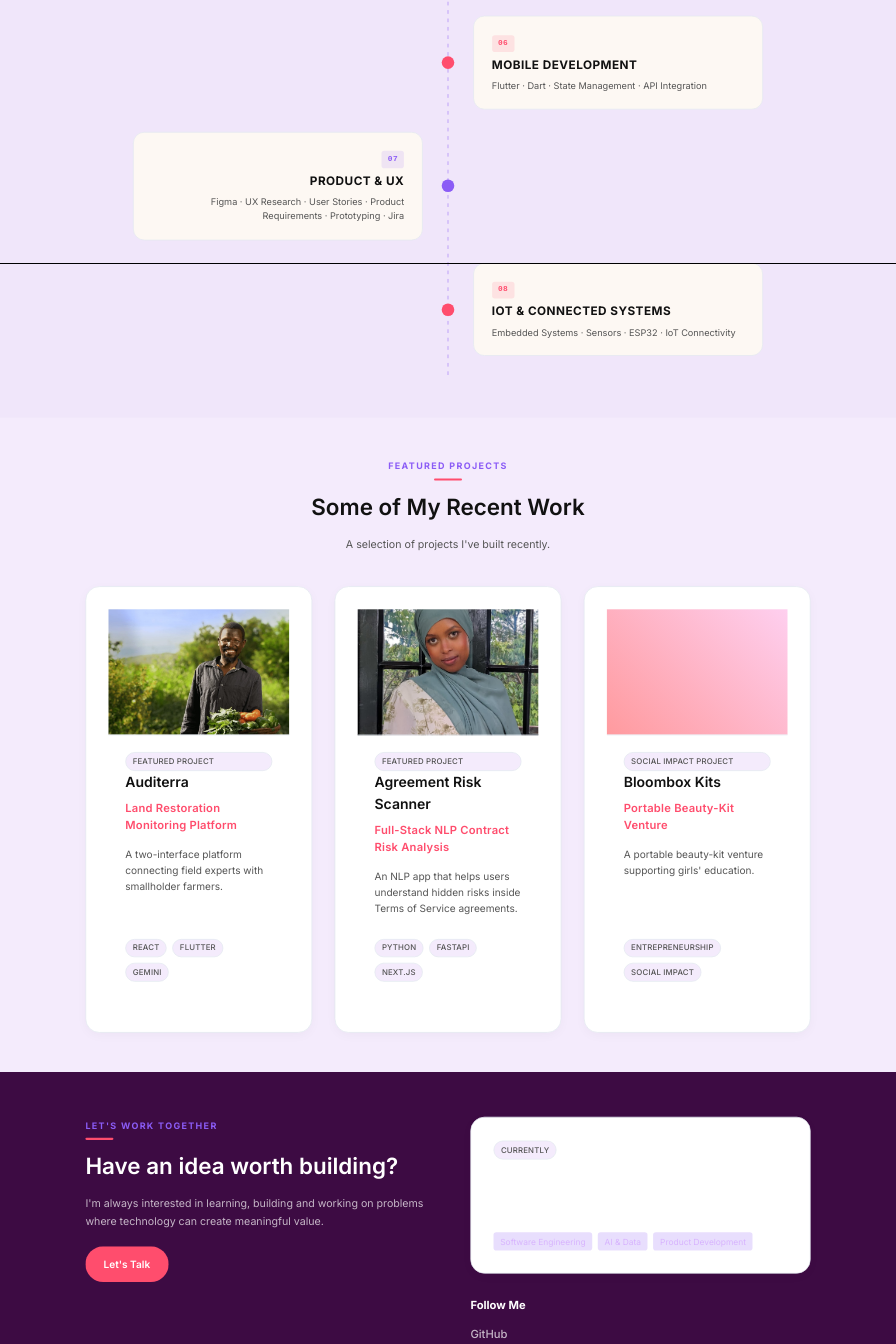
Repository: najmahares/portfolio
Page: index.html
These files come from the project's save history. The page is drawn as it stood at one moment and after the next save; the edit follows.
The browser window is 1280 px wide. The pictures show the part of the page from y = 2528 to 4448 px (the page is 4668 px tall), at 70% of full size.

Above is the page before, as saved 2026-09-19 10:31:29.

After the next save:
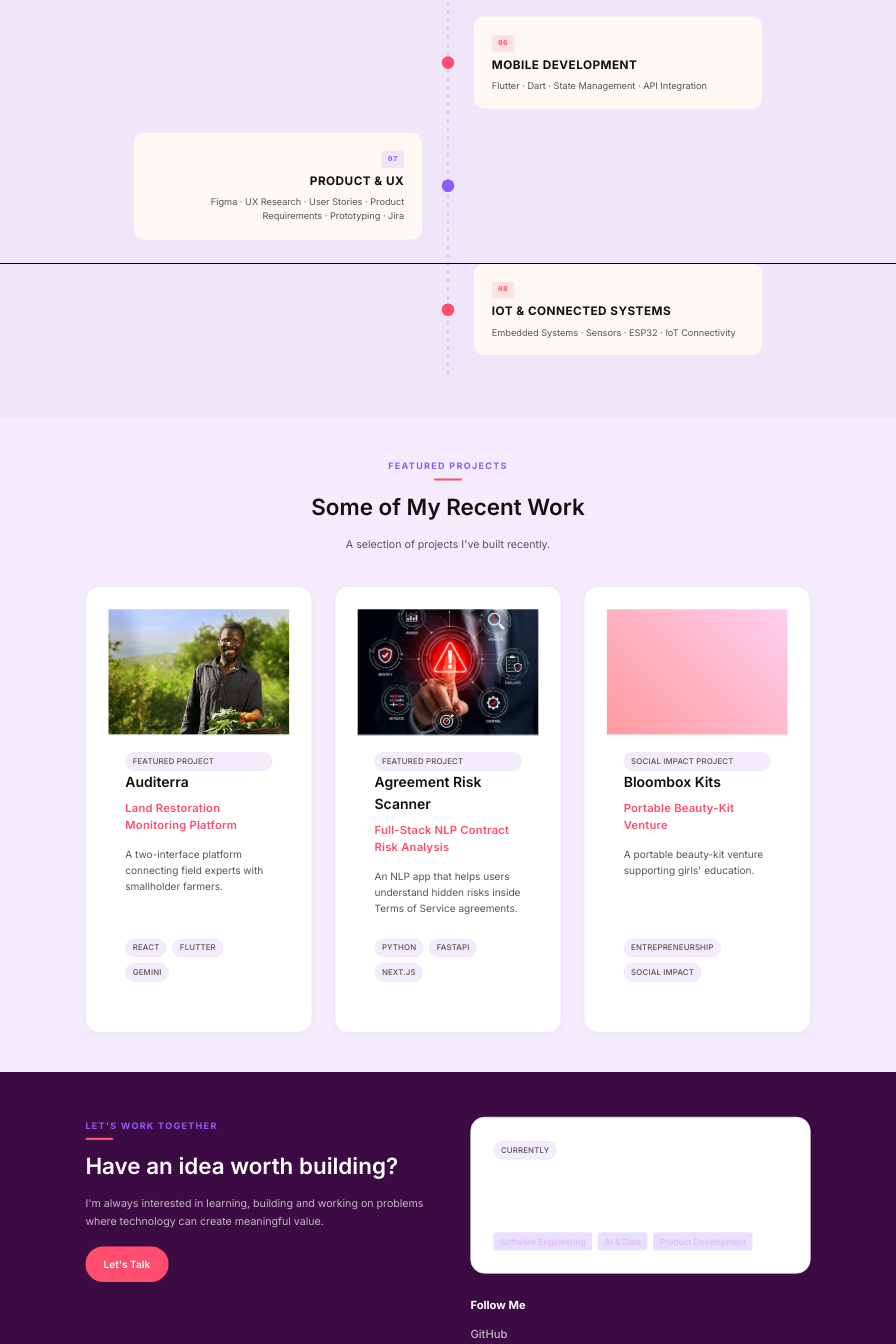
Saved 30 s later.
--- a/index.html
+++ b/index.html
@@ -282,7 +282,7 @@
             <div
               class="project-img"
               style="
-                background-image: url(&quot;assets/portfolio_image.jpg&quot;);
+                background-image: url(&quot;assets/portfolio-agreement.jpg&quot;);
               "
             ></div>
             <div class="project-info">
